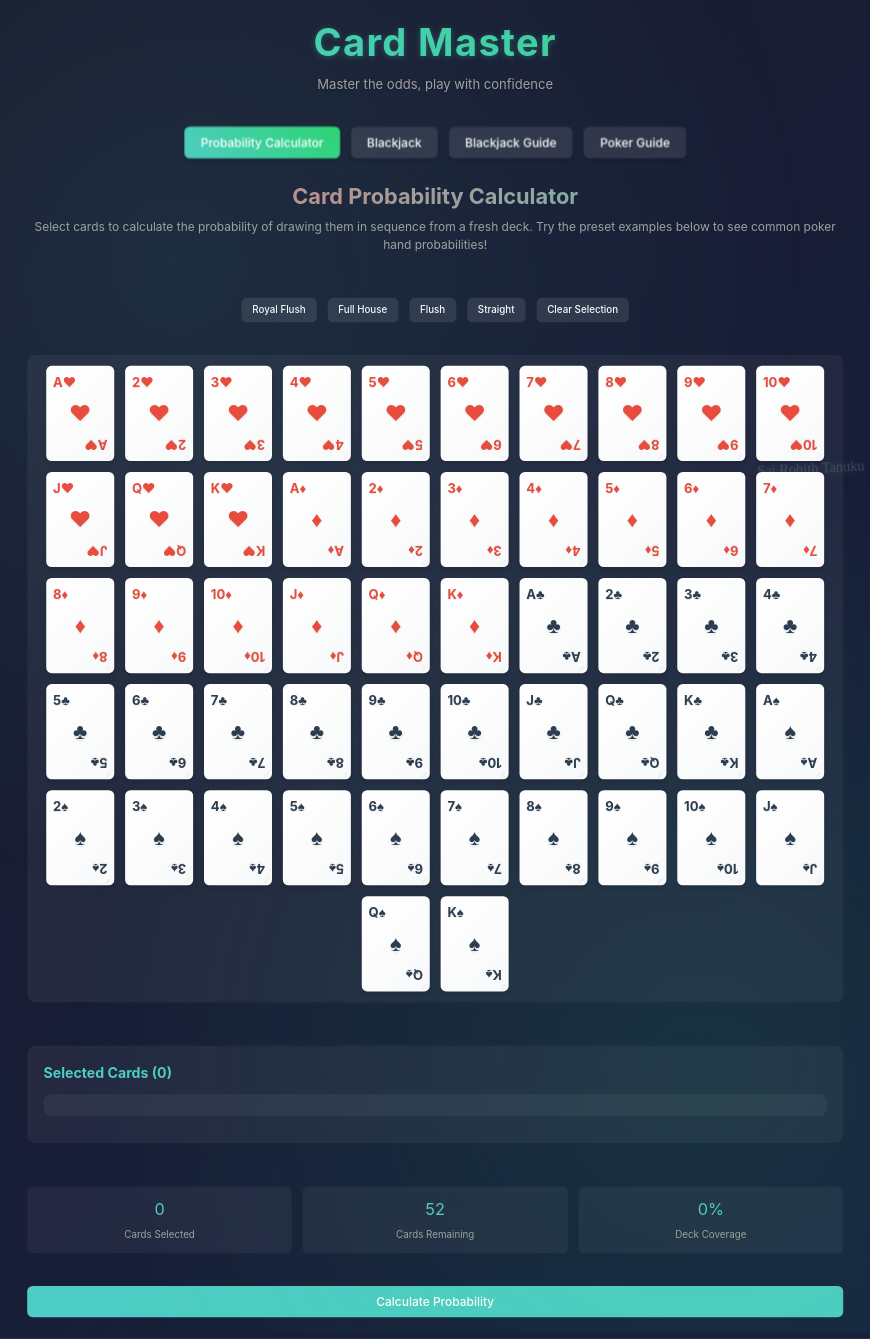
Repository: rohith1125/cards
Page: /
An editor plug-in stored every save of this project. The page is shown before and after the next save, followed by the edit.
The browser window is 1280 px wide. The pictures show the whole page, at 68% of full size.
The project was rebuilt for these pictures with package versions that can differ from the ones it lists, and the page was loaded fresh each time. Also part of the build but not shown: vite.config.ts, src/components/Blackjack.tsx, src/components/PokerGuide.tsx, src/components/BlackjackGuide.tsx.

Above is the page before, as saved 2025-05-19 20:51:25.

After the next save:
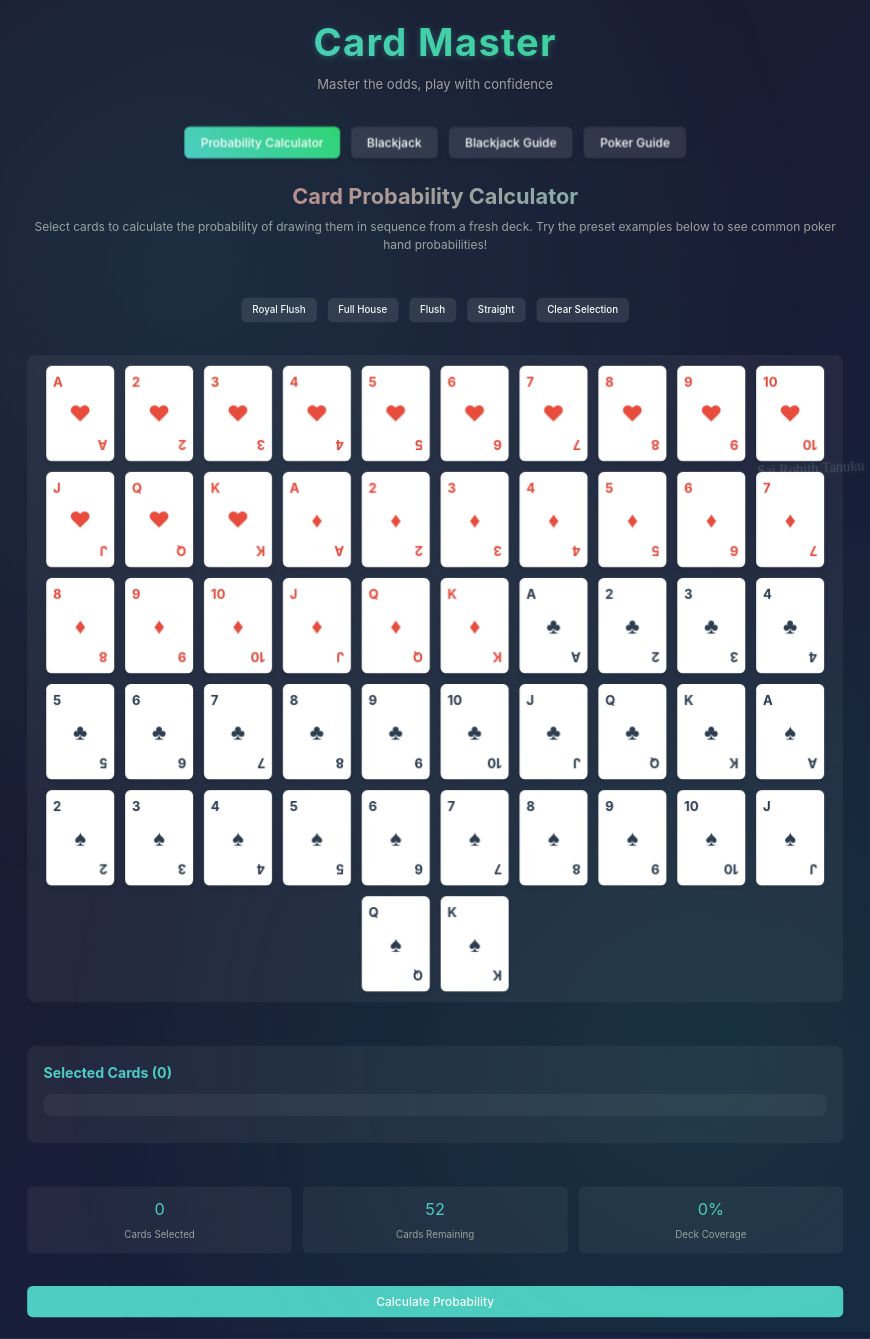
Saved 61 min 30 s later.
--- a/src/components/Card.tsx
+++ b/src/components/Card.tsx
@@ -12,40 +12,50 @@ interface CardProps {
 }
 
 const cardFlip = keyframes`
-  0% { transform: rotateY(0deg); }
-  100% { transform: rotateY(180deg); }
-`;
+  from {
+    transform: rotateY(0deg);
+  }
+  to {
+    transform: rotateY(180deg);
+  }
+`
 
 const glowAnimation = keyframes`
-  0% { box-shadow: 0 0 5px rgba(78, 205, 196, 0.3); }
-  50% { box-shadow: 0 0 20px rgba(78, 205, 196, 0.5); }
-  100% { box-shadow: 0 0 5px rgba(78, 205, 196, 0.3); }
-`;
+  0% {
+    box-shadow: 0 0 5px rgba(78, 205, 196, 0.5);
+  }
+  50% {
+    box-shadow: 0 0 20px rgba(78, 205, 196, 0.8);
+  }
+  100% {
+    box-shadow: 0 0 5px rgba(78, 205, 196, 0.5);
+  }
+`
 
-const CardContainer = styled.div<{ hidden?: boolean }>`
+interface CardContainerProps {
+  $suit: Suit
+  $hidden?: boolean
+}
+
+const CardContainer = styled.div<CardContainerProps>`
   width: 100px;
   height: 140px;
-  background: ${props => props.hidden
-    ? 'linear-gradient(135deg, #2c3e50, #34495e)'
-    : 'linear-gradient(135deg, #ffffff, #f8f9fa)'};
+  background: ${props => props.$hidden ? '#2c3e50' : 'white'};
   border-radius: 8px;
   padding: 10px;
   display: flex;
   flex-direction: column;
   justify-content: space-between;
-  color: ${props => {
-    if (props.hidden) return 'white';
-    return props.suit === 'hearts' || props.suit === 'diamonds' ? '#e74c3c' : '#2c3e50';
-  }};
+  color: ${props => props.$suit === 'hearts' || props.$suit === 'diamonds' ? '#e74c3c' : '#2c3e50'};
   box-shadow: 0 4px 6px rgba(0, 0, 0, 0.1);
   transition: all 0.3s ease;
   position: relative;
-  overflow: hidden;
+  cursor: ${props => props.onClick ? 'pointer' : 'default'};
   transform-style: preserve-3d;
-  perspective: 1000px;
+  animation: ${props => props.$hidden ? cardFlip : 'none'} 0.6s ease-in-out;
 
   &:hover {
-    transform: translateY(-5px) rotateX(5deg);
+    transform: translateY(-5px) rotateX(10deg);
     animation: ${glowAnimation} 2s infinite;
   }
 
@@ -116,7 +126,7 @@ const HiddenPattern = styled.div`
   animation: ${cardFlip} 0.6s ease-in-out;
 `;
 
-export const Card = ({ suit, value, hidden, onClick }: CardProps) => {
+export const Card = ({ suit, value, hidden = false, onClick }: CardProps) => {
   const getSuitSymbol = (suit: Suit) => {
     switch (suit) {
       case 'hearts': return '♥';
@@ -126,27 +136,16 @@ export const Card = ({ suit, value, hidden, onClick }: CardProps) => {
     }
   }
 
-  if (hidden) {
-    return (
-      <CardContainer hidden onClick={onClick}>
-        <HiddenPattern />
-      </CardContainer>
-    )
-  }
-
   return (
-    <CardContainer suit={suit} onClick={onClick}>
-      <TopValue>
-        {value}
-        {getSuitSymbol(suit)}
-      </TopValue>
-      <CenterSuit>
-        {getSuitSymbol(suit)}
-      </CenterSuit>
-      <BottomValue>
-        {value}
-        {getSuitSymbol(suit)}
-      </BottomValue>
+    <CardContainer $suit={suit} $hidden={hidden} onClick={onClick}>
+      {!hidden && (
+        <>
+          <TopValue>{value}</TopValue>
+          <CenterSuit>{getSuitSymbol(suit)}</CenterSuit>
+          <BottomValue>{value}</BottomValue>
+        </>
+      )}
+      {hidden && <HiddenPattern />}
     </CardContainer>
   )
 }
